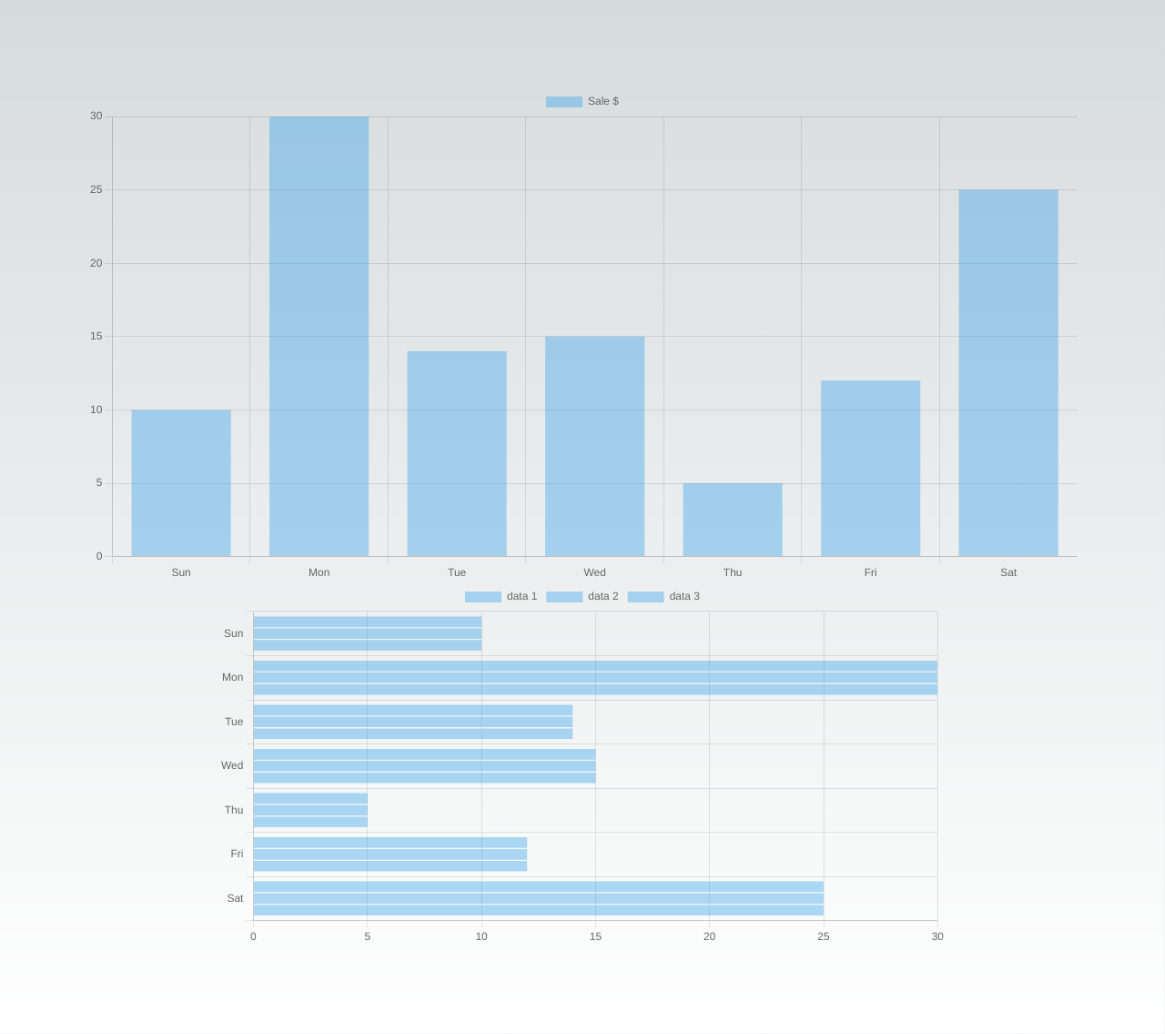
Repository: MonicaNguyenH/exercise-5
Page: /
The author's editor kept a copy of each file at every save. The page is drawn from the files as they stood at one save, then again after the next save.
The browser window is 1280 px wide. The pictures show the whole page, at 91% of full size.
The project was rebuilt for these pictures with package versions that can differ from the ones it lists, and the page was loaded fresh each time. The framework's server and built-in components were replaced by stand-ins that run in the browser. Also part of the build but not shown: next.config.mjs.

Above is the page before, as saved 2024-04-15 14:19:24.

After the next save:
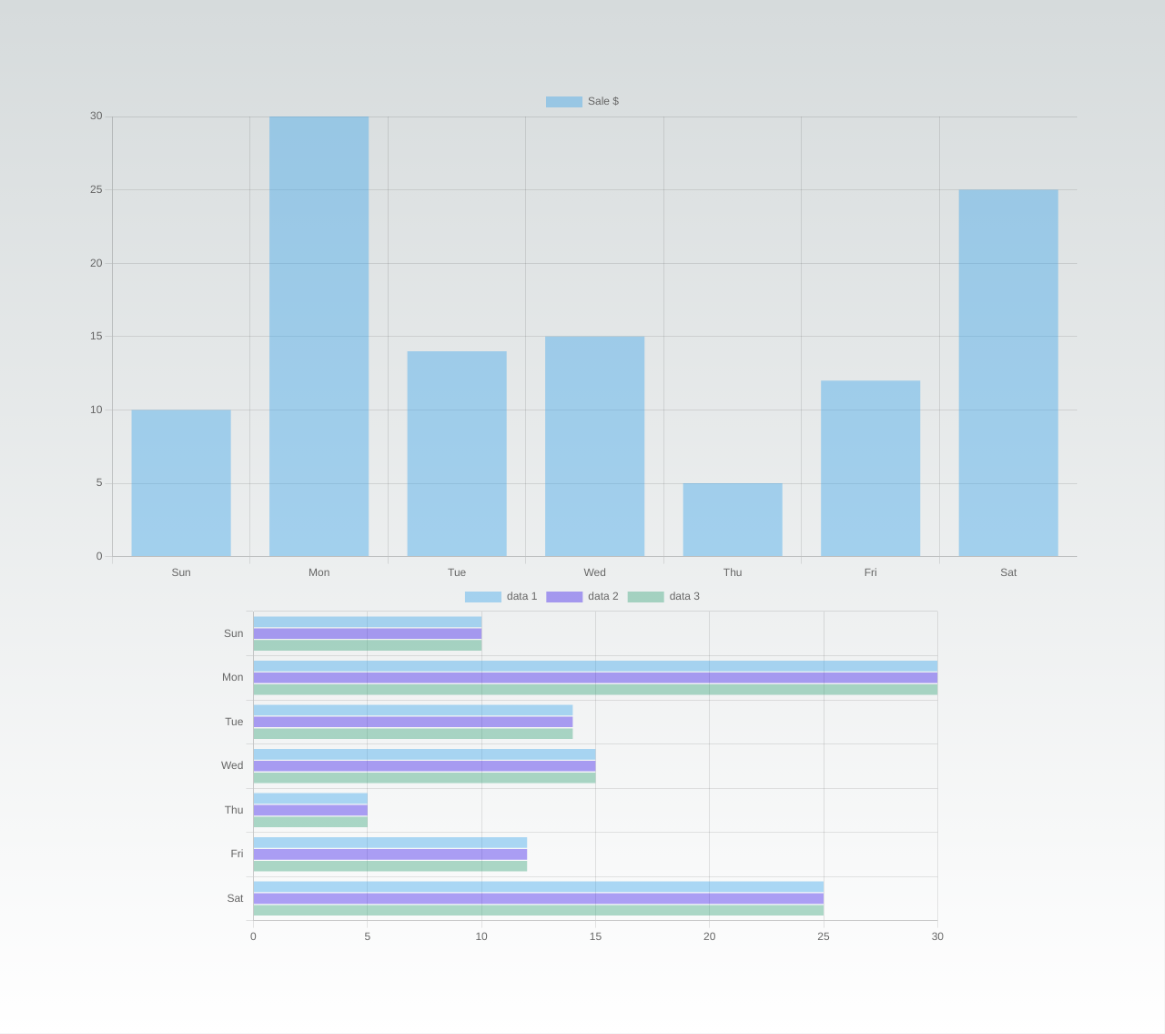
Saved 77 s later.
--- a/components/HorizontalChart/index.js
+++ b/components/HorizontalChart/index.js
@@ -42,13 +42,13 @@ export default function HorizontalChart(){
                     label: 'data 2',
                     data:[10,30,14,15,5,12,25,17],
                     borderClor: 'rgb(44, 162, 235 )',
-                    backgroundColor: 'rgba(53, 162, 235, 0.4)'
+                    backgroundColor: 'rgba(53, 22, 235, 0.4)'
                 },
                 {
                     label: 'data 3',
                     data:[10,30,14,15,5,12,25,17],
                     borderClor: 'rgb(22, 162, 235 )',
-                    backgroundColor: 'rgba(53, 162, 235, 0.4)'
+                    backgroundColor: 'rgba(53, 162, 120, 0.4)'
                 }
             ]
         })
